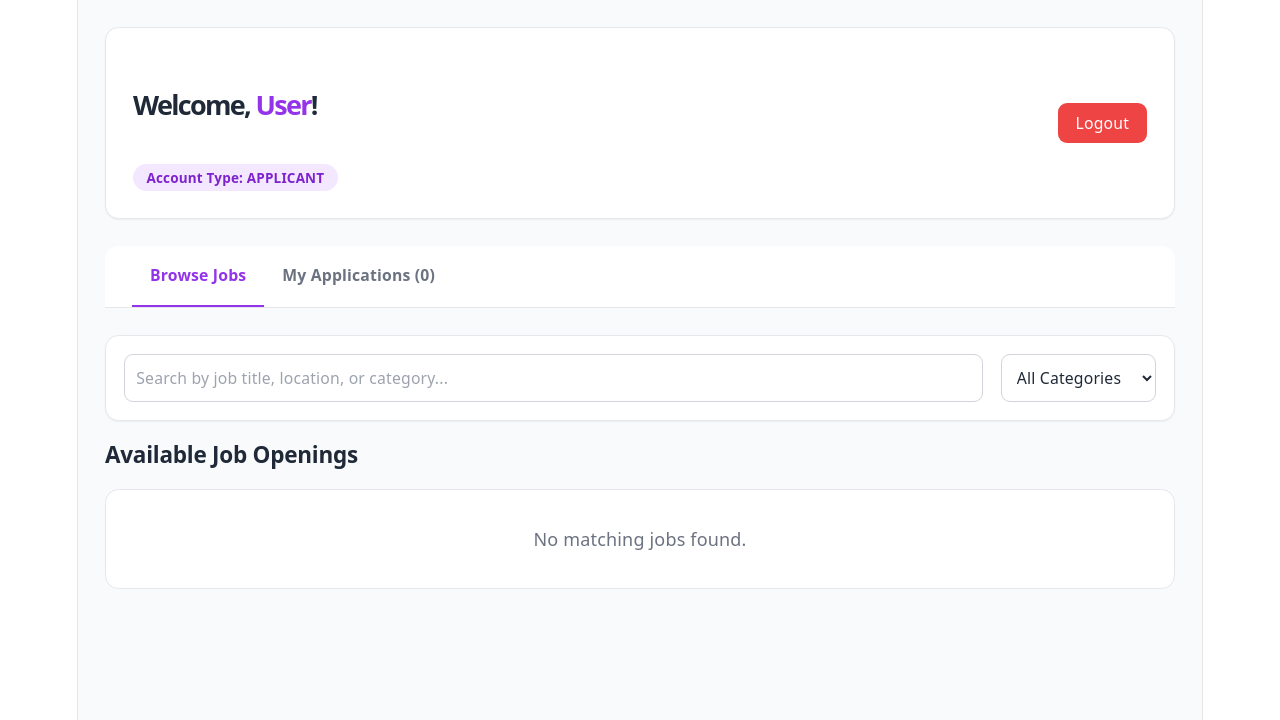
Repository: mdkawsarjomadder/job-portal
Page: /dashboard (app in job-portal/frontend/)
An editor plug-in stored every save of this project. The page is shown before and after the next save, followed by the edit.
The browser window is 1280 px wide. The pictures show the whole page.
The page's requests for data from a server got no answer. The project was rebuilt for these pictures with package versions that can differ from the ones it lists, and the page was loaded fresh each time. No one was signed in, and anything a server would have sent is missing. Also part of the build but not shown: job-portal/frontend/vite.config.js, job-portal/frontend/src/pages/Login.jsx, job-portal/frontend/src/pages/Register.jsx, job-portal/frontend/src/pages/EmployerDashboard.jsx, job-portal/frontend/src/pages/MyApplications.jsx, job-portal/frontend/src/pages/CreateJob.jsx, job-portal/frontend/src/pages/Home.jsx. Imported but missing from the stored project, and not drawn on this page: job-portal/frontend/src/pages/Profile.

Above is the page before, as saved 2026-09-18 19:52:00.

After the next save:
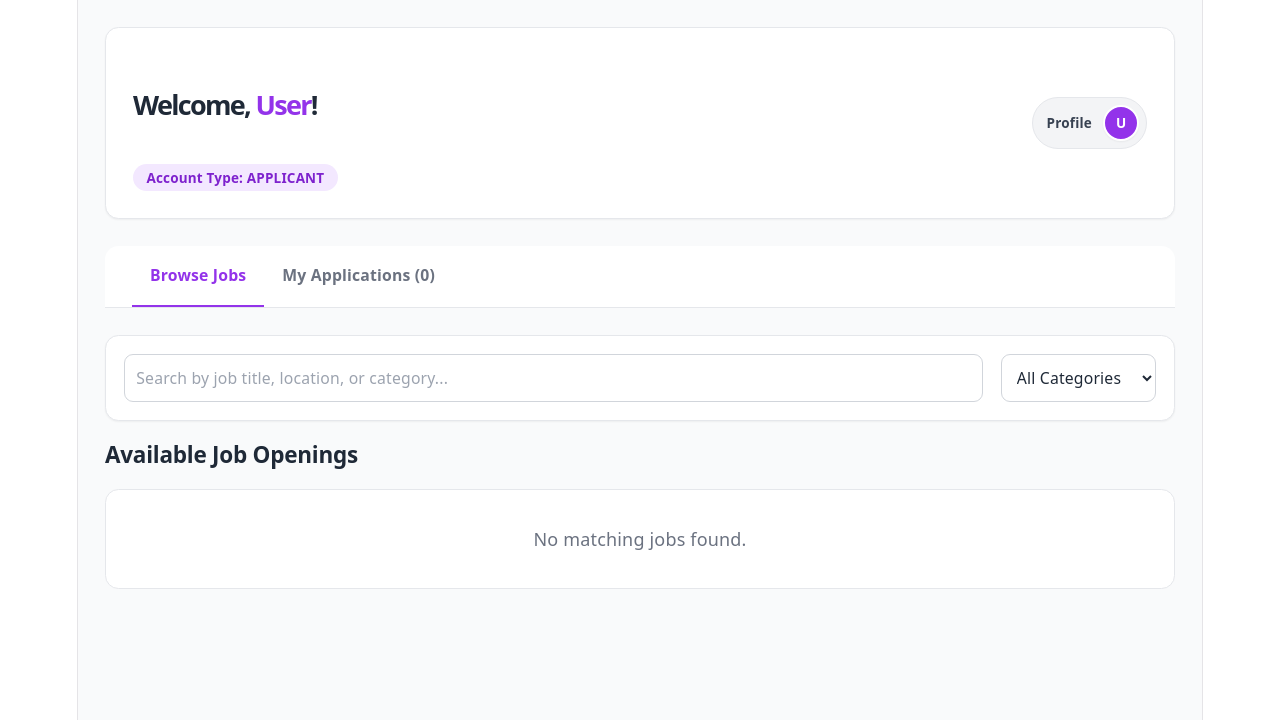
Saved 3 min 2 s later.
--- a/job-portal/frontend/src/pages/ApplicantDashboard.jsx
+++ b/job-portal/frontend/src/pages/ApplicantDashboard.jsx
@@ -1,4 +1,4 @@
-import React, { useState, useEffect } from 'react';
+import React, { useState, useEffect, useRef } from 'react';
 import axios from 'axios';
 import { useNavigate } from 'react-router-dom';
 
@@ -12,6 +12,10 @@ export default function ApplicantDashboard() {
   const [resumeFile, setResumeFile] = useState(null);
   const [isModalOpen, setIsModalOpen] = useState(false);
 
+  // Profile Dropdown State
+  const [isDropdownOpen, setIsDropdownOpen] = useState(false);
+  const dropdownRef = useRef(null);
+
   // Loading & Toast Notification States
   const [isSubmitting, setIsSubmitting] = useState(false);
   const [toastMessage, setToastMessage] = useState('');
@@ -29,6 +33,17 @@ export default function ApplicantDashboard() {
 
     fetchJobs();
     fetchMyApplications();
+  }, []);
+
+  // Dropdown Close on Outside Click
+  useEffect(() => {
+    const handleClickOutside = (event) => {
+      if (dropdownRef.current && !dropdownRef.current.contains(event.target)) {
+        setIsDropdownOpen(false);
+      }
+    };
+    document.addEventListener('mousedown', handleClickOutside);
+    return () => document.removeEventListener('mousedown', handleClickOutside);
   }, []);
 
   const fetchJobs = async () => {
@@ -54,7 +69,6 @@ export default function ApplicantDashboard() {
     }
   };
 
-  // ৪ সেকেন্ডের জন্য টোস্ট অ্যালার্ট দেখানোর হেলপার ফাংশন
   const showToast = (message, type = 'success') => {
     setToastMessage(message);
     setToastType(type);
@@ -64,7 +78,6 @@ export default function ApplicantDashboard() {
     }, 4000);
   };
 
-  // ১. Apply Now বাটনে ক্লিক করলে ফাইল আপলোডের মোডাল ওপেন হবে
   const handleApplyClick = (job) => {
     const token = localStorage.getItem('token');
     if (!token) {
@@ -75,7 +88,6 @@ export default function ApplicantDashboard() {
     setIsModalOpen(true);
   };
 
-  // ২. ফাইলসহ ফর্ম সাবমিট করার ফাংশন
   const handleFormSubmit = async (e) => {
     e.preventDefault();
 
@@ -106,7 +118,6 @@ export default function ApplicantDashboard() {
       setSelectedJob(null);
       fetchMyApplications();
 
-      // ৪ সেকেন্ডের অটো-ক্লোজিং টোস্ট কল করা
       showToast(res.data.message || 'Applied successfully with uploaded resume!', 'success');
 
     } catch (err) {
@@ -122,7 +133,6 @@ export default function ApplicantDashboard() {
     navigate('/login');
   };
 
-  // Search & Category Filter Logic
   const filteredJobs = jobs.filter((job) => {
     const query = searchTerm.trim().toLowerCase();
 
@@ -142,7 +152,7 @@ export default function ApplicantDashboard() {
   return (
     <div className="min-h-screen bg-gray-50 p-6 text-left relative">
 
-      {/* 💡 Custom 4-Second Auto Closing Toast Notification */}
+      {/* Toast Notification */}
       {toastMessage && (
         <div className="fixed top-5 right-5 z-50 animate-bounce">
           <div
@@ -170,12 +180,60 @@ export default function ApplicantDashboard() {
             </span>
           </div>
 
-          <button
-            onClick={handleLogout}
-            className="px-4 py-2 bg-red-500 hover:bg-red-600 text-white font-medium text-sm rounded-lg transition duration-200"
-          >
-            Logout
-          </button>
+          {/* User Profile Dropdown Button */}
+          <div className="relative" ref={dropdownRef}>
+            <button
+              onClick={() => setIsDropdownOpen(!isDropdownOpen)}
+              className="flex items-center gap-2.5 p-1.5 pl-3 bg-gray-100 hover:bg-gray-200 border border-gray-200 rounded-full transition focus:outline-none"
+            >
+              <span className="text-xs font-bold text-gray-700 max-w-[100px] truncate">
+                {user?.name || 'Profile'}
+              </span>
+              <div className="w-8 h-8 rounded-full bg-purple-600 text-white font-extrabold text-xs flex items-center justify-center border-2 border-white shadow-sm overflow-hidden">
+                {user?.avatar ? (
+                  <img src={user.avatar} alt={user.name} className="w-full h-full object-cover" />
+                ) : (
+                  user?.name?.charAt(0).toUpperCase() || 'U'
+                )}
+              </div>
+            </button>
+
+            {/* Dropdown Menu Options */}
+            {isDropdownOpen && (
+              <div className="absolute right-0 mt-2 w-56 bg-white rounded-2xl shadow-xl border border-gray-100 py-2 z-50">
+                <div className="px-4 py-3 border-b border-gray-100 flex items-center gap-3">
+                  <div className="w-10 h-10 rounded-full bg-purple-100 text-purple-700 font-extrabold text-sm flex items-center justify-center shrink-0">
+                    {user?.name?.charAt(0).toUpperCase() || 'U'}
+                  </div>
+                  <div className="overflow-hidden">
+                    <p className="text-sm font-bold text-gray-800 truncate">{user?.name}</p>
+                    <p className="text-[11px] font-medium text-purple-600 truncate">
+                      {user?.role || 'APPLICANT'}
+                    </p>
+                  </div>
+                </div>
+
+                <div className="px-1.5 py-1">
+                  <button
+                    onClick={() => {
+                      setIsDropdownOpen(false);
+                      navigate('/profile');
+                    }}
+                    className="w-full text-left px-3 py-2 text-xs font-semibold text-gray-700 hover:bg-gray-50 rounded-xl transition flex items-center gap-2"
+                  >
+                    ✏️ Edit Profile
+                  </button>
+
+                  <button
+                    onClick={handleLogout}
+                    className="w-full text-left px-3 py-2 text-xs font-semibold text-red-600 hover:bg-red-50 rounded-xl transition flex items-center gap-2 mt-0.5"
+                  >
+                    🚪 Logout
+                  </button>
+                </div>
+              </div>
+            )}
+          </div>
         </div>
 
         {/* Navigation Tabs */}
@@ -205,7 +263,6 @@ export default function ApplicantDashboard() {
         {/* Tab Content */}
         {activeTab === 'browse' ? (
           <div className="space-y-4">
-
             {/* Search Bar & Category Select */}
             <div className="flex flex-col md:flex-row gap-4 bg-white p-4 rounded-xl border border-gray-200 shadow-sm">
               <input
